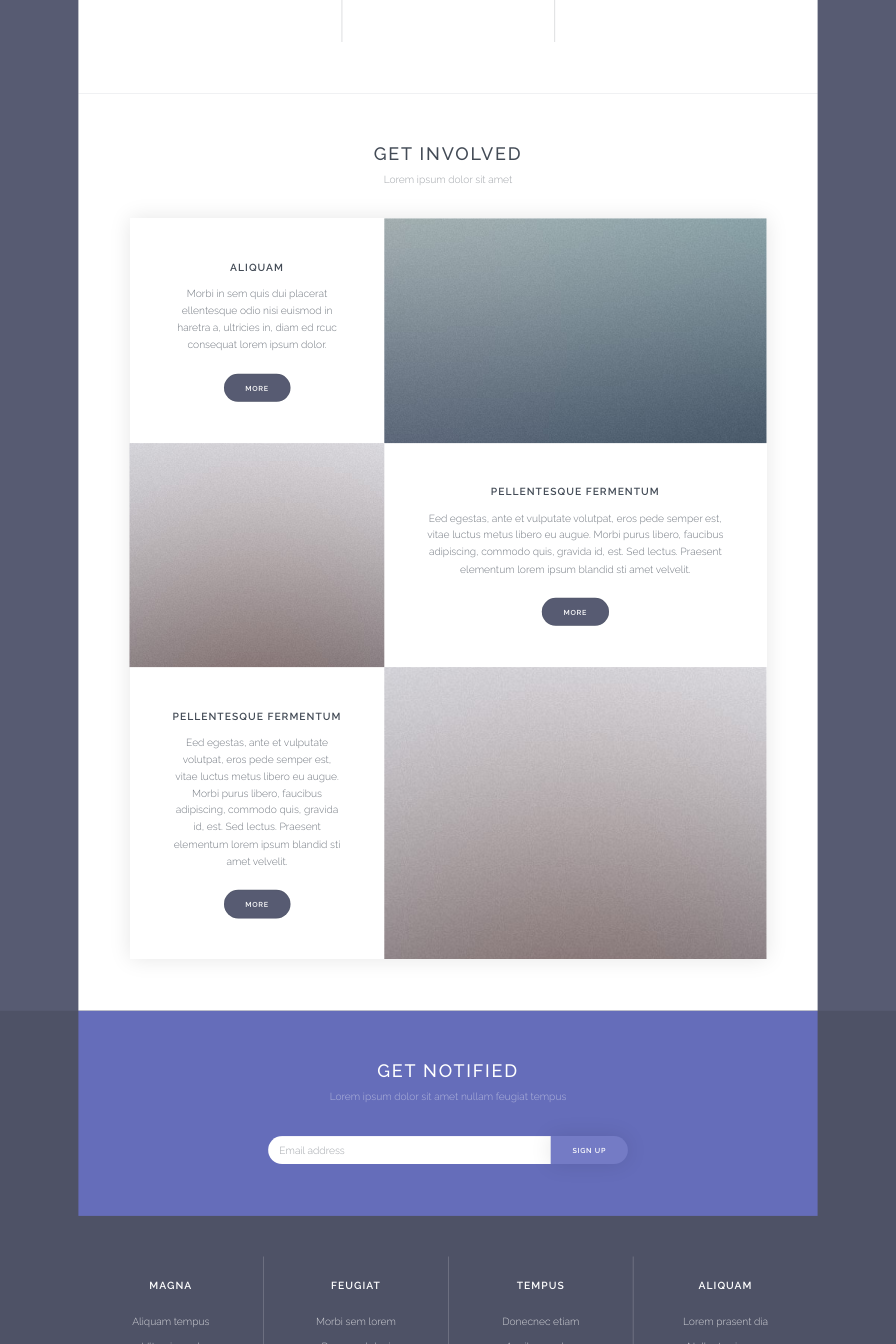
Repository: Roshanell/Houston-women-in-tech
Page: index.html
An editor plug-in stored every save of this project. The page is shown before and after the next save, followed by the edit.
The browser window is 1280 px wide. The pictures show the part of the page from y = 1360 to 3280 px (the page is 3592 px tall before and 3534 px after), at 70% of full size.

Above is the page before, as saved 2022-12-11 16:00:36.

After the next save:
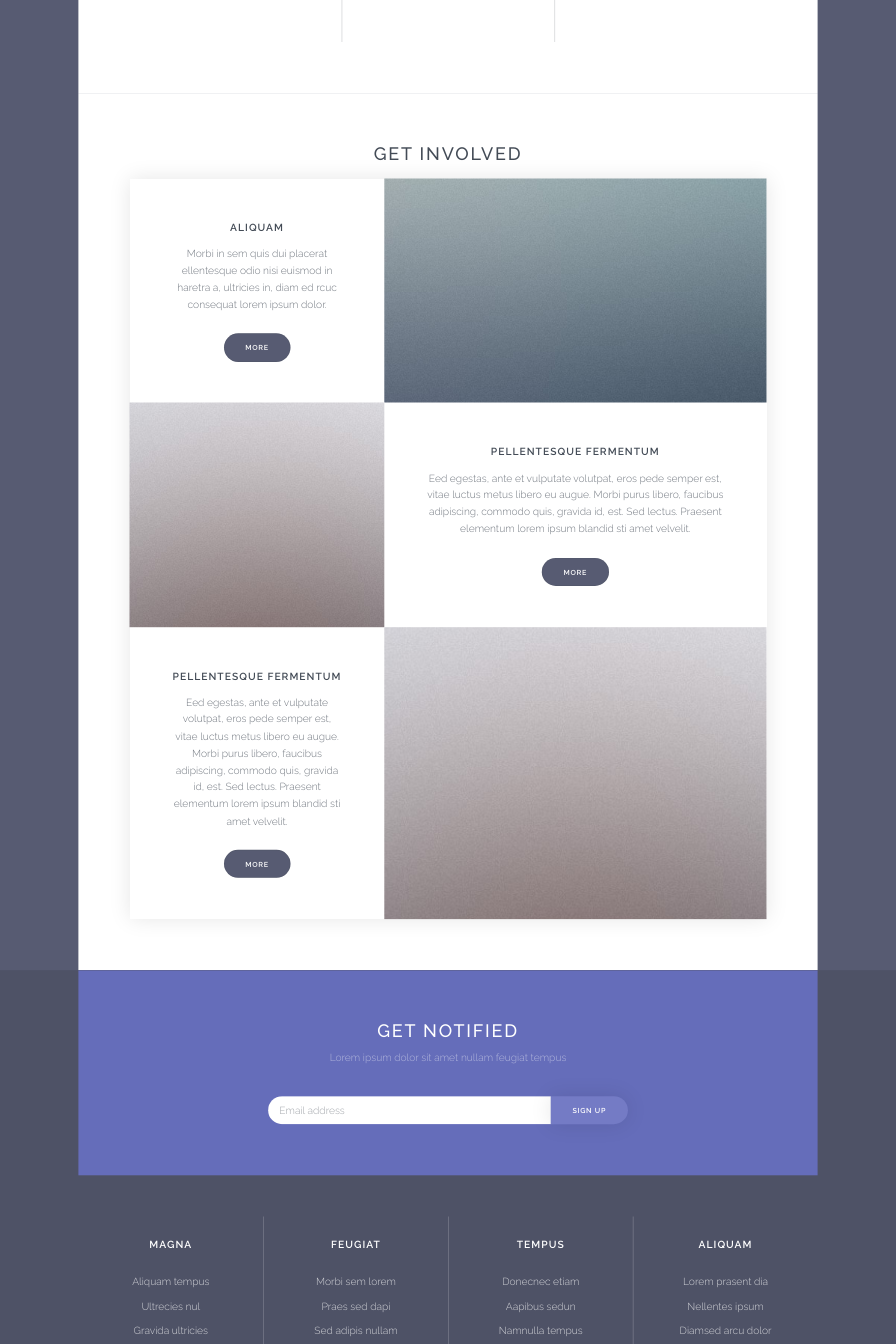
Saved 15 s later.
--- a/index.html
+++ b/index.html
@@ -158,7 +158,7 @@
 					<section class="main">
 						<header class="major">
 							<h2>Get Involved</h2>
-							<p>Lorem ipsum dolor sit amet</p>
+							<!-- <p>Lorem ipsum dolor sit amet</p> -->
 						</header>
 						<div class="spotlights">
 							<article>
